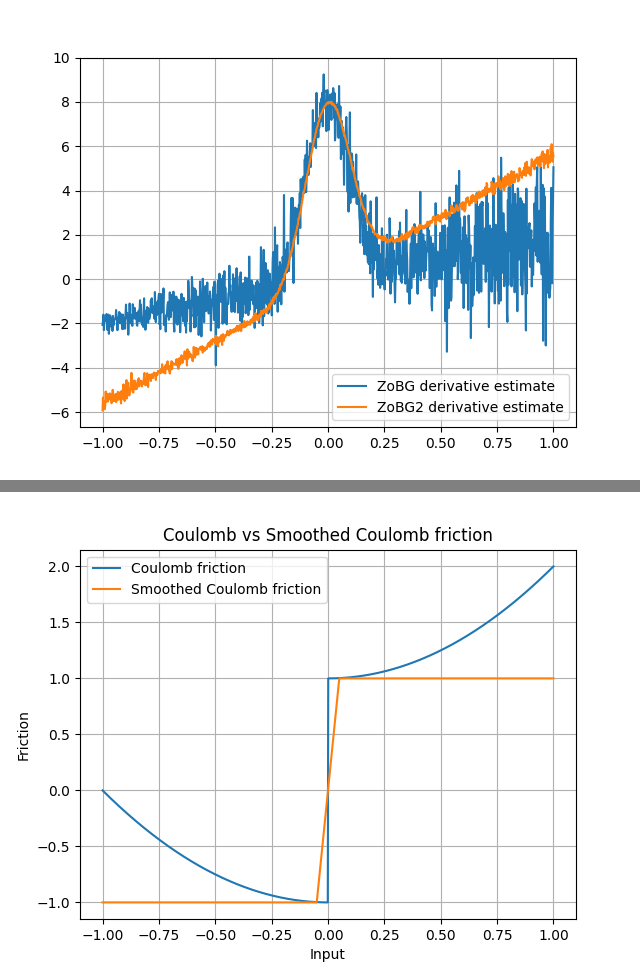
Repository: oomcth/Gradient-smoothing
Script's output: python test.py
The author's editor kept a copy of each file at every save. The script's output is drawn from the files as they stood at one save, then again after the next save.
Each picture stacks the figures in order, with grey between them; figures that are only written to a file come last. Random numbers start from a fixed seed.

Above is the script's output before, as saved 2025-11-21 19:27:56.

After the next save:
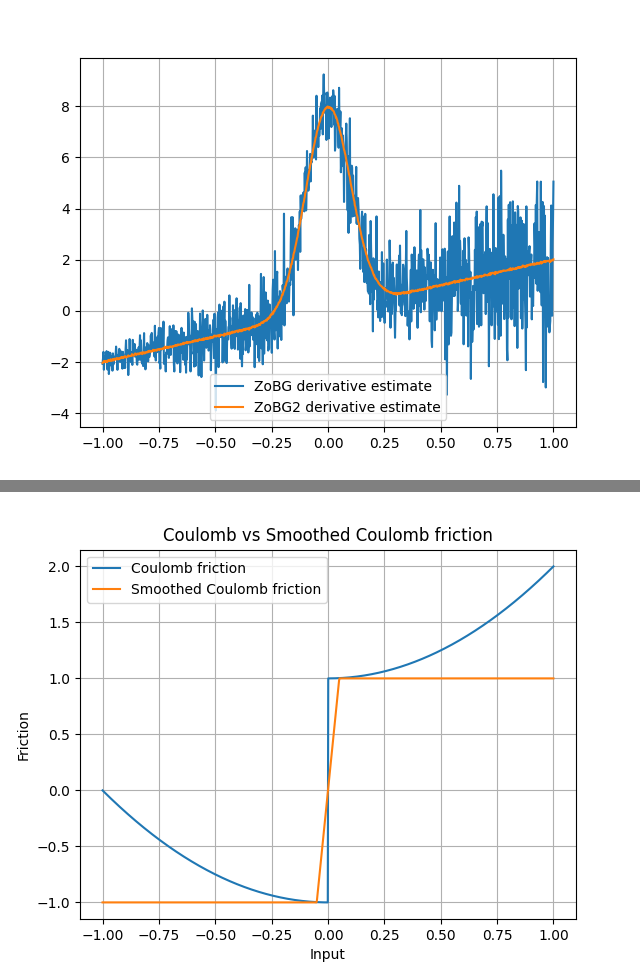
Saved 2 min 31 s later.
--- a/test.py
+++ b/test.py
@@ -48,11 +48,8 @@
     x = np.array([x], dtype=np.float64)
     omegas = np.random.normal(loc=0, scale=sigma, size=M)
     xs = x + omegas
-    est = np.array(
-        [2 * (xi) * gaussian_pdf(omega, sigma=sigma) for (xi, omega) in zip(xs, omegas)]
-    )
-
-    return est.mean() + 2 * gaussian_pdf(-x, mu=0, sigma=sigma)
+    grads = 2 * xs
+    return grads.mean() + 2 * gaussian_pdf(-x, mu=0, sigma=sigma)
 
 
 def visualize_coulomb_derivatives():
